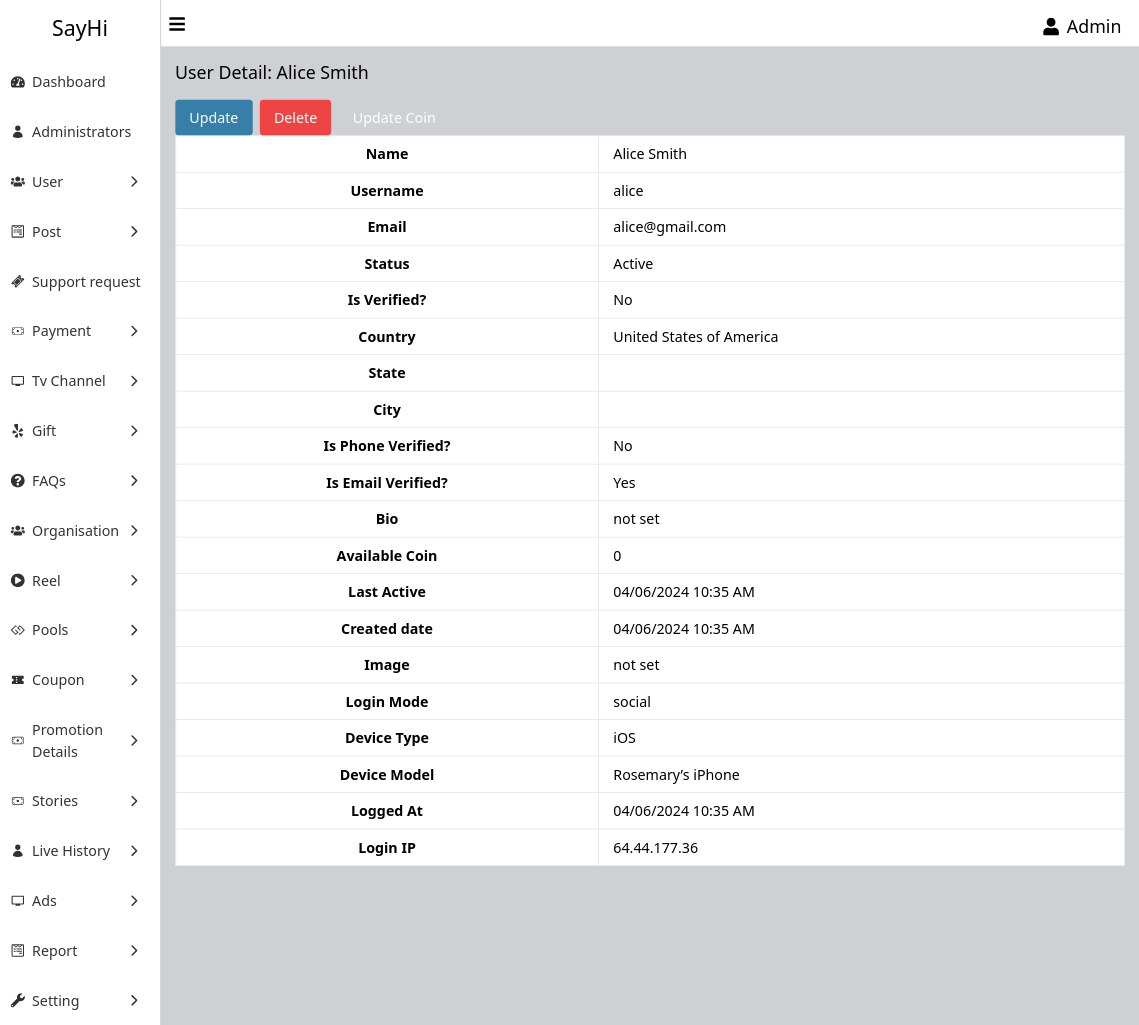
Repository: Husein8/Dashboard
Page: /userDetails/1
The author's editor kept a copy of each file at every save. The page is drawn from the files as they stood at one save, then again after the next save.
The browser window is 1280 px wide. The pictures show the whole page, at 89% of full size.
The project was rebuilt for these pictures with package versions that can differ from the ones it lists, and the page was loaded fresh each time. Also part of the build but not shown: vite.config.js, src/components/Login.jsx, src/components/Charts.jsx, src/components/LatestPost.jsx, src/components/NewUsersData.jsx, src/components/NewUsers.jsx, src/components/TableUsersData.jsx, src/components/Footer.jsx and 13 more.

Above is the page before, as saved 2024-06-09 19:20:12.

### src/App.jsx
import React, { useState } from "react";
import { BrowserRouter as Router, Route, Routes } from "react-router-dom";
import Login from "./components/Login";
import Dashboard from "./components/Dashboard";
import OnboardSettings from "./Pages/OnboardSettings";
import AdminSettings from "./Pages/AdminSettings";
import ContactInfo from "./Pages/ContactInfo";
import { AdminSettingsProvider } from "./context/AdminSettingsContext";
import MainLayout from "./components/MainLayout";
import Users from "./Pages/Users";
import UserDetails from "./Pages/UserDetails";
import UpdateUser from "./Pages/UpdateUser";
import UpdateCoinUser from "./Pages/UpdateCoinUser";

const App = () => {
  const [login, setLogin] = useState(true);

  return (
    <AdminSettingsProvider>
      <Router>
        <Routes>
          <Route index element={<Login login={login} setLogin={setLogin} />} />
          <Route element={<MainLayout login={login} setLogin={setLogin} />}>
            <Route path="/dashboard" element={<Dashboard />} />
            <Route path="/dashboard/settings" element={<OnboardSettings />} />
            <Route path="/adminSettings" element={<AdminSettings />} />
            <Route path="/contactInfo" element={<ContactInfo />} />
            <Route path="/users" element={<Users />} />
            <Route path="/userDetails/:id" element={<UserDetails />} />
            <Route path="/update/:id" element={<UpdateUser />} />
            <Route path="/update-coin/:id" element={<UpdateCoinUser />} />
          </Route>
        </Routes>
      </Router>
    </AdminSettingsProvider>
  );
};

export default App;

### src/index.css
@import "tailwindcss/base";
@import "tailwindcss/components";
@import "tailwindcss/utilities";

.bg-svg {
  background-image: url("wave.png");
}

### src/context/AdminSettingsContext.jsx
import React, { createContext, useState, useContext, useEffect } from "react";

const AdminSettingsContext = createContext();

const defaultSettings = {
  isUsernameRequired: false,
  isEmailRequired: false,
  isPhoneRequired: false,
  isAddressRequired: false,
  isDateOfBirthRequired: false,
  isFirstNameRequired: false,
  isLastNameRequired: false,
  isGenderRequired: false,
  isLocationRequired: false,
  isInterestsRequired: false,
  isPhotoRequired: false,
  isBioRequired: false,
  bioMaxLength: 200,
  isFindFriendsVisible: false,
  interestsList: ["Football", "Chess", "Reading", "Traveling", "Cooking"],
};

export const AdminSettingsProvider = ({ children }) => {
  const [settings, setSettings] = useState(() => {
    const savedSettings = localStorage.getItem("adminSettings");
    return savedSettings ? JSON.parse(savedSettings) : defaultSettings;
  });

  useEffect(() => {
    localStorage.setItem("adminSettings", JSON.stringify(settings));
  }, [settings]);

  const toggleSetting = (setting) => {
    setSettings((prevSettings) => ({
      ...prevSettings,
      [setting]: !prevSettings[setting],
    }));
  };

  const setBioMaxLength = (length) => {
    setSettings((prevSettings) => ({
      ...prevSettings,
      bioMaxLength: length,
    }));
  };

  const addInterest = (interest) => {
    setSettings((prevSettings) => ({
      ...prevSettings,
      interestsList: [...prevSettings.interestsList, interest],
    }));
  };

  const removeInterest = (interest) => {
    setSettings((prevSettings) => ({
      ...prevSettings,
      interestsList: prevSettings.interestsList.filter(
        (item) => item !== interest
      ),
    }));
  };

  return (
    <AdminSettingsContext.Provider
      value={{
        settings,
        toggleSetting,
        setBioMaxLength,
        addInterest,
        removeInterest,
      }}
    >
      {children}
    </AdminSettingsContext.Provider>
  );
};

export const useAdminSettings = () => useContext(AdminSettingsContext);

### src/components/MainLayout.jsx
import React, { useEffect, useState } from "react";
import { Outlet } from "react-router-dom";
import Sidebar from "./Sidebar";
import HeaderSidebarAdmin from "./HeaderSidebarAdmin";

const MainLayout = ({ login, setLogin }) => {
  const [sidebarOpen, setSidebarOpen] = useState(false);

  const toggleSidebar = () => {
    setSidebarOpen((prevSidebarOpen) => !prevSidebarOpen);
  };

  useEffect(() => {
    const handleResize = () => {
      if (window.innerWidth >= 760) {
        setSidebarOpen(true);
      } else {
        setSidebarOpen(false);
      }
    };

    handleResize();

    window.addEventListener("resize", handleResize);
    return () => window.removeEventListener("resize", handleResize);
  }, []);

  return (
    <div className="flex">
      <div className="w-1/10 bg-opacity-20 bg-white">
        {login ? (
          <Sidebar
            sidebarOpen={sidebarOpen}
            toggleSidebar={toggleSidebar}
            setSidebarOpen={setSidebarOpen}
            login={login}
          />
        ) : (
          ""
        )}
      </div>
      <div className="w-full bg-gray-900 bg-opacity-20">
        <HeaderSidebarAdmin toggleSidebar={toggleSidebar} login={login} />
        <div className="w-full bg-bgMainContent">
          <Outlet />
        </div>
      </div>
    </div>
  );
};

export default MainLayout;

### src/Pages/UserDetails.jsx
import React from "react";
import { useNavigate, useParams } from "react-router-dom";

const userDetailsData = {
  1: {
    name: "Alice Smith",
    username: "alice",
    email: "alice@gmail.com",
    status: "Active",
    isVerified: false,
    country: "United States of America",
    isPhoneVerified: false,
    isEmailVerified: true,
    bio: "",
    availableCoin: 0,
    lastActive: "04/06/2024 10:35 AM",
    createdDate: "04/06/2024 10:35 AM",
    image: "",
    loginMode: "social",
    deviceType: "iOS",
    deviceModel: "Rosemary’s iPhone",
    loggedAt: "04/06/2024 10:35 AM",
    loginIp: "64.44.177.36",
  },
  2: {
    name: "Bob Johnson",
    username: "bob",
    email: "bob@gmail.com",
    status: "Active",
    isVerified: false,
    country: "United States of America",
    state: "state",
    city: "city",
    isPhoneVerified: false,
    isEmailVerified: true,
    bio: "",
    availableCoin: 0,
    lastActive: "04/06/2024 10:35 AM",
    createdDate: "04/06/2024 10:35 AM",
    image: "",
    loginMode: "social",
    deviceType: "iOS",
    deviceModel: "Rosemary’s iPhone",
    loggedAt: "04/06/2024 10:35 AM",
    loginIp: "64.44.177.36",
  },
  3: {
    name: "Charlie Brown",
    username: "charlie",
    email: "charlie@gmail.com",
    status: "Active",
    isVerified: false,
    country: "United States of America",
    state: "state",
    city: "city",
    isPhoneVerified: false,
    isEmailVerified: true,
    bio: "",
    availableCoin: 0,
    lastActive: "04/06/2024 10:35 AM",
    createdDate: "04/06/2024 10:35 AM",
    image: "",
    loginMode: "social",
    deviceType: "iOS",
    deviceModel: "Rosemary’s iPhone",
    loggedAt: "04/06/2024 10:35 AM",
    loginIp: "64.44.177.36",
  },
  4: {
    name: "Diana Prince",
    username: "diana",
    email: "diana@gmail.com",
    status: "Active",
    isVerified: false,
    country: "United States of America",
    state: "state",
    city: "city",
    isPhoneVerified: false,
    isEmailVerified: true,
    bio: "",
    availableCoin: 0,
    lastActive: "04/06/2024 10:35 AM",
    createdDate: "04/06/2024 10:35 AM",
    image: "",
    loginMode: "social",
    deviceType: "iOS",
    deviceModel: "Rosemary’s iPhone",
    loggedAt: "04/06/2024 10:35 AM",
    loginIp: "64.44.177.36",
  },
  5: {
    name: "Eve Adams",
    username: "eve",
    email: "eve@gmail.com",
    status: "Active",
    isVerified: false,
    country: "United States of America",
    state: "state",
    city: "city",

    isPhoneVerified: false,
    isEmailVerified: true,
    bio: "",
    availableCoin: 0,
    lastActive: "04/06/2024 10:35 AM",
    createdDate: "04/06/2024 10:35 AM",
    image: "",
    loginMode: "social",
    deviceType: "iOS",
    deviceModel: "Rosemary’s iPhone",
    loggedAt: "04/06/2024 10:35 AM",
    loginIp: "64.44.177.36",
  },
  // 6: {
  //   name: "Frank Miller",
  //   username: "frank",
  //   email: "frank@gmail.com",
  //   status: "Active",
  //   isVerified: false,
  //   country: "United States of America",
  //   state: "state",
  //   city: "city",
  //   isPhoneVerified: false,
  //   isEmailVerified: true,
  //   bio: "",
  //   availableCoin: 0,
  //   lastActive: "04/06/2024 10:35 AM",
  //   createdDate: "04/06/2024 10:35 AM",
  //   image: "",
  //   loginMode: "social",
  //   deviceType: "iOS",
  //   deviceModel: "Rosemary’s iPhone",
  //   loggedAt: "04/06/2024 10:35 AM",
  //   loginIp: "64.44.177.36",
  // },
  // 7: {
  //   name: "Grace Lee",
  //   username: "grace",
  //   email: "grace@gmail.com",
  //   status: "Active",
  //   isVerified: false,
  //   country: "United States of America",
  //   state: "state",
  //   city: "city",
  //   isPhoneVerified: false,
  //   isEmailVerified: true,
  //   bio: "",
  //   availableCoin: 0,
  //   lastActive: "04/06/2024 10:35 AM",
  //   createdDate: "04/06/2024 10:35 AM",
  //   image: "",
  //   loginMode: "social",
  //   deviceType: "iOS",
  //   deviceModel: "Rosemary’s iPhone",
  //   loggedAt: "04/06/2024 10:35 AM",
  //   loginIp: "64.44.177.36",
  // },
  // 8: {
  //   name: "Hank Hill",
  //   username: "hank",
  //   email: "hank@gmail.com",
  //   status: "Active",
  //   isVerified: false,
  //   country: "United States of America",
  //   state: "state",
  //   city: "city",
  //   isPhoneVerified: false,
  //   isEmailVerified: true,
  //   bio: "",
  //   availableCoin: 0,
  //   lastActive: "04/06/2024 10:35 AM",
  //   createdDate: "04/06/2024 10:35 AM",
  //   image: "",
  //   loginMode: "social",
  //   deviceType: "iOS",
  //   deviceModel: "Rosemary’s iPhone",
  //   loggedAt: "04/06/2024 10:35 AM",
  //   loginIp: "64.44.177.36",
  // },
  // 9: {
  //   name: "Ivy Green",
  //   username: "ivy",
  //   email: "ivy@gmail.com",
  //   status: "Active",
  //   isVerified: false,
  //   country: "United States of America",
  //   state: "state",
  //   city: "city",
  //   isPhoneVerified: false,
  //   isEmailVerified: true,
  //   bio: "",
  //   availableCoin: 0,
  //   lastActive: "04/06/2024 10:35 AM",
  //   createdDate: "04/06/2024 10:35 AM",
  //   image: "",
  //   loginMode: "social",
  //   deviceType: "iOS",
  //   deviceModel: "Rosemary’s iPhone",
  //   loggedAt: "04/06/2024 10:35 AM",
  //   loginIp: "64.44.177.36",
  // },
  // 10: {
  //   name: "Jack White",
  //   username: "jack",
  //   email: "jack@gmail.com",
  //   status: "Active",
  //   isVerified: false,
  //   country: "United States of America",
  //   state: "state",
  //   city: "city",
  //   isPhoneVerified: false,
  //   isEmailVerified: true,
  //   bio: "",
  //   availableCoin: 0,
  //   lastActive: "04/06/2024 10:35 AM",
  //   createdDate: "04/06/2024 10:35 AM",
  //   image: "",
  //   // loginMode: "social",
  //   // deviceType: "iOS",
  //   // deviceModel: "Rosemary’s iPhone",
  //   // loggedAt: "04/06/2024 10:35 AM",
  //   // loginIp: "64.44.177.36",
  // },
};

const UserDetails = () => {
  const { id } = useParams();
  const user = userDetailsData[id];
  const navigate = useNavigate();

  const handleUpdateClick = () => {
    navigate(`/update/${id}`);
  };

  const handleUpdateCoinClick = () => {
    navigate(`/update-coin/${id}`);
  };

  const handleDeleteClick = () => {
    // Logic to delete the user
    console.log(`User with ID ${id} deleted`);
    navigate("/users");
  };

  if (!user) {
    return <div>User not found</div>;
  }

  return (
    <div className="container mx-auto p-4">
      <h2 className="text-xl mb-3 font-medium">User Detail: {user.name}</h2>
      <div className="mt-4">
        <button
          onClick={handleUpdateClick}
          className="mr-2 bg-buttonsColor text-white px-4 py-2 rounded"
        >
          Update
        </button>
        <button
          onClick={handleDeleteClick}
          className="mr-2 bg-red-500 text-white px-4 py-2 rounded"
        >
          Delete
        </button>
        <button
          onClick={handleUpdateCoinClick}
          className="bg-blue-500 text-white px-4 py-2 rounded"
        >
          Update Coin
        </button>
      </div>
      <div className="overflow-x-auto">
        <table className="min-w-full bg-white border border-gray-200">
          <tbody>
            <tr>
              <th className="py-2 px-4 border">Name</th>
              <td className="py-2 px-4 border">{user.name}</td>
            </tr>
            <tr>
              <th className="py-2 px-4 border">Username</th>
              <td className="py-2 px-4 border">{user.username}</td>
            </tr>
            <tr>
              <th className="py-2 px-4 border">Email</th>
              <td className="py-2 px-4 border">{user.email}</td>
            </tr>
            <tr>
              <th className="py-2 px-4 border">Status</th>
              <td className="py-2 px-4 border">{user.status}</td>
            </tr>
            <tr>
              <th className="py-2 px-4 border">Is Verified?</th>
              <td className="py-2 px-4 border">
                {user.isVerified ? "Yes" : "No"}
              </td>
            </tr>
            <tr>
              <th className="py-2 px-4 border">Country</th>
              <td className="py-2 px-4 border">{user.country}</td>
            </tr>
            <tr>
              <th className="py-2 px-4 border">State</th>
              <td className="py-2 px-4 border">{user.state}</td>
            </tr>
            <tr>
              <th className="py-2 px-4 border">City</th>
              <td className="py-2 px-4 border">{user.city}</td>
            </tr>
            <tr>
              <th className="py-2 px-4 border">Is Phone Verified?</th>
              <td className="py-2 px-4 border">
                {user.isPhoneVerified ? "Yes" : "No"}
              </td>
            </tr>
            <tr>
              <th className="py-2 px-4 border">Is Email Verified?</th>
              <td className="py-2 px-4 border">
                {user.isEmailVerified ? "Yes" : "No"}
              </td>
            </tr>
            <tr>
              <th className="py-2 px-4 border">Bio</th>
              <td className="py-2 px-4 border">
                {user.bio ? user.bio : "not set"}
              </td>
            </tr>
            <tr>
              <th className="py-2 px-4 border">Available Coin</th>
              <td className="py-2 px-4 border">{user.availableCoin}</td>
            </tr>
            <tr>
              <th className="py-2 px-4 border">Last Active</th>
              <td className="py-2 px-4 border">{user.lastActive}</td>
            </tr>
            <tr>
              <th className="py-2 px-4 border">Created date</th>
              <td className="py-2 px-4 border">{user.createdDate}</td>
            </tr>
            <tr>
              <th className="py-2 px-4 border">Image</th>
              <td className="py-2 px-4 border">
                {user.image ? user.image : "not set"}
              </td>
            </tr>
            <tr>
              <th className="py-2 px-4 border">Login Mode</th>
              <td className="py-2 px-4 border">{user.loginMode}</td>
            </tr>
            <tr>
              <th className="py-2 px-4 border">Device Type</th>
              <td className="py-2 px-4 border">{user.deviceType}</td>
            </tr>
            <tr>
              <th className="py-2 px-4 border">Device Model</th>
              <td className="py-2 px-4 border">{user.deviceModel}</td>
            </tr>
            <tr>
              <th className="py-2 px-4 border">Logged At</th>
              <td className="py-2 px-4 border">{user.loggedAt}</td>
            </tr>
            <tr>
              <th className="py-2 px-4 border">Login IP</th>
              <td className="py-2 px-4 border">{user.loginIp}</td>
            </tr>
          </tbody>
        </table>
      </div>
    </div>
  );
};

export default UserDetails;

### src/components/HeaderSidebarAdmin.jsx
import { useState } from "react";
import { FaBars, FaUser } from "react-icons/fa";
import { useNavigate } from "react-router-dom";

function HeaderSidebarAdmin({ toggleSidebar, login }) {
  const navigate = useNavigate();
  const [showAdminContainer, setShowAdminContainer] = useState(false);

  const handleAdminClick = () => {
    if (!login) {
      navigate("/");
    } else {
      setShowAdminContainer(!showAdminContainer);
    }
  };

  const handleLogout = () => {
    navigate("/");
  };

  // handleSettingsClick;

  const handleSettingsClick = () => {
    navigate("settings");
  };

  return (
    <div>
      <div className="flex items-center justify-between pl-2 py-2 bg-white">
        <div className="">
          <button onClick={toggleSidebar} className="text-xl pt-2">
            <FaBars />
          </button>
        </div>
        <div className="flex items-center gap-2 relative ">
          <div className="flex items-center gap-2 cursor-pointer text-xl pt-2 pr-5">
            <FaUser onClick={handleAdminClick} />
            <span onClick={handleAdminClick}>Admin</span>
          </div>
        </div>
        {showAdminContainer ? (
          <div className="absolute top-16 right-10 md:right-5 bg-white border w-60 md:w-64  border-black shadow-lg rounded-md ">
            <div className="">
              <div className="flex flex-col items-center pt-10 bg-black text-white">
                <FaUser className="text-7xl mb-2" />
                <p>Admin</p>
                <p className="mb-6 text-sm">Member since May 2024</p>
              </div>
              <div className="flex justify-between w-full mt-3">
                <button
                  onClick={handleSettingsClick}
                  className="text-black px-4 py-2 rounded  border hover:border-black"
                >
                  Settings
                </button>
                <button
                  className="text-black px-4 py-2 rounded border hover:border-black"
                  onClick={handleLogout}
                >
                  Logout
                </button>
              </div>
            </div>
          </div>
        ) : (
          ""
        )}
      </div>
    </div>
  );
}

export default HeaderSidebarAdmin;

### src/components/StatusData.jsx
import { FaDollarSign, FaEnvelope, FaFileAlt } from "react-icons/fa";

const cardData = [
  {
    icon: <FaEnvelope className="text-white text-4xl md:text-5xl" />,
    bgColor: "bg-yellow-500",
    header: "SUPPORT REQUESTS",
    count: 20,
    description: "5 requests is pending for reply",
  },
  {
    icon: <FaFileAlt className="text-white text-4xl md:text-5xl" />,
    bgColor: "bg-red-500",
    header: "USERS LIVE HISTORY",
    count: 1201,
    description: "0 Users live now",
  },
  {
    icon: <FaDollarSign className="text-white text-4xl md:text-5xl" />,
    bgColor: "bg-green-500",
    header: "PAYMENTS",
    count: "$1415",
    description: "$0 in 30 Days",
  },
];

function InfoData() {
  return (
    <div className="mt-10 lg:mt-0">
      {cardData.map((card, index) => (
        <div key={index} className={`shadow-lg ${card.bgColor}`}>
          <div className="flex items-center mb-4 p-2">
            <div className="ml-2 mr-5">{card.icon}</div>
            <div className="flex flex-col text-white">
              <span className="text-sm md:text-base">{card.header}</span>
              <span className="text-sm md:text-base">{card.count}</span>
              <p className="text-sm md:text-base">{card.description}</p>
            </div>
          </div>
        </div>
      ))}
    </div>
  );
}

export default InfoData;

Loaded but not shown: index.html (common file); src/main.jsx (common file); tailwind.config.js (21 lines, source omitted); src/components/Sidebar.jsx (508 lines, source omitted); src/components/IconsData.jsx (108 lines, source omitted)

After the next save:
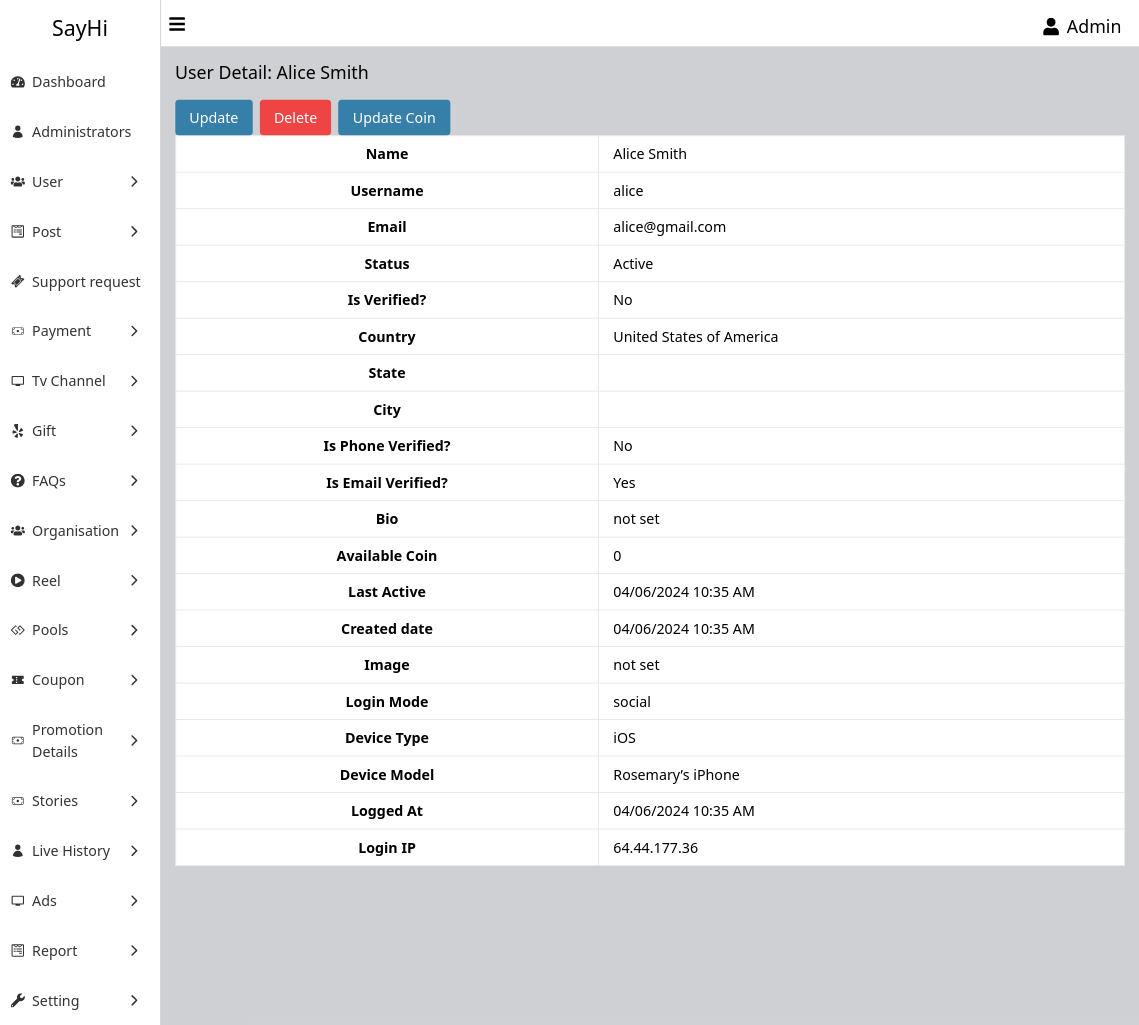
Saved 11 s later.
--- a/src/Pages/UserDetails.jsx
+++ b/src/Pages/UserDetails.jsx
@@ -264,7 +264,7 @@ const UserDetails = () => {
         </button>
         <button
           onClick={handleUpdateCoinClick}
-          className="bg-blue-500 text-white px-4 py-2 rounded"
+          className="bg-buttonsColor text-white px-4 py-2 rounded"
         >
           Update Coin
         </button>
